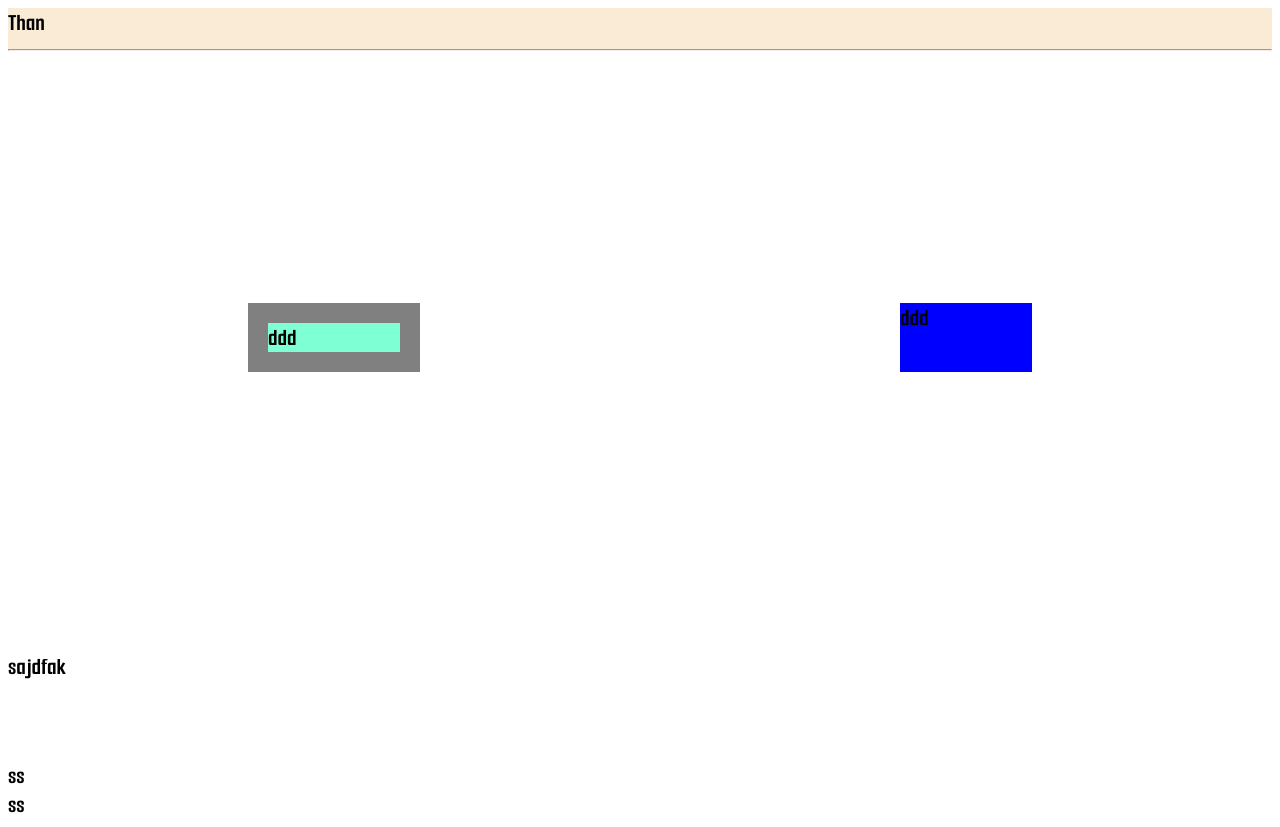
Repository: Than-dot/Than-dot
Page: index.html
These files come from the project's save history. The page is drawn as it stood at one moment and after a run of saves; the edit follows.
The browser window is 1280 px wide. The pictures show the whole page.

Above is the page before, as saved 2026-04-22 12:42:14.

After the next 3 saves:
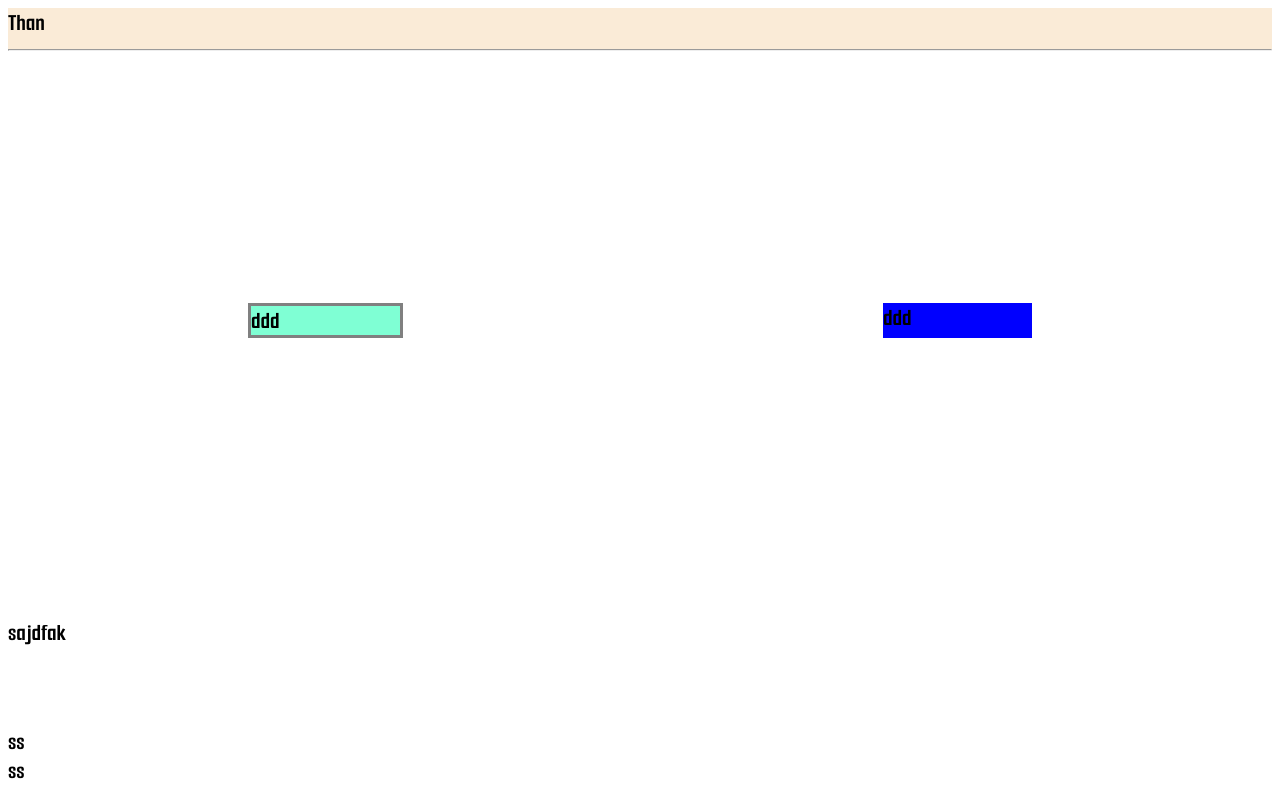
The 3 saves are shown as one change because they came seconds apart.
The last was saved 9 s later.
--- a/styles/index.css
+++ b/styles/index.css
@@ -10,7 +10,7 @@
 .f-art {
   background-color: aquamarine;
   margin: 15rem;
-  border: 20px solid grey;
+  border:  solid grey;
 }
 
 .f-asi {

After the 2 saves that followed:
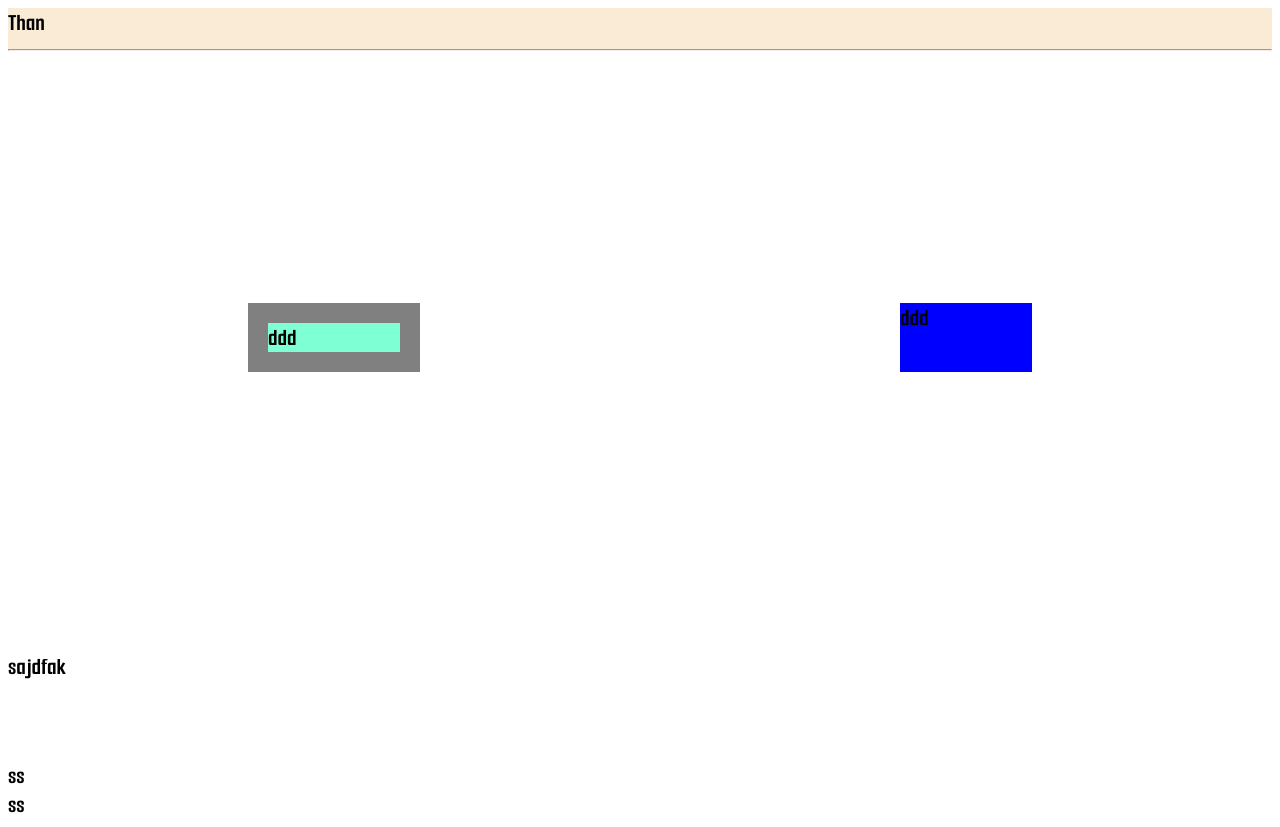
The 2 saves are shown as one change because they came seconds apart.
The last was saved 14 s later.
--- a/styles/index.css
+++ b/styles/index.css
@@ -10,7 +10,7 @@
 .f-art {
   background-color: aquamarine;
   margin: 15rem;
-  border:  solid grey;
+  border: 20px solid grey;
 }
 
 .f-asi {
